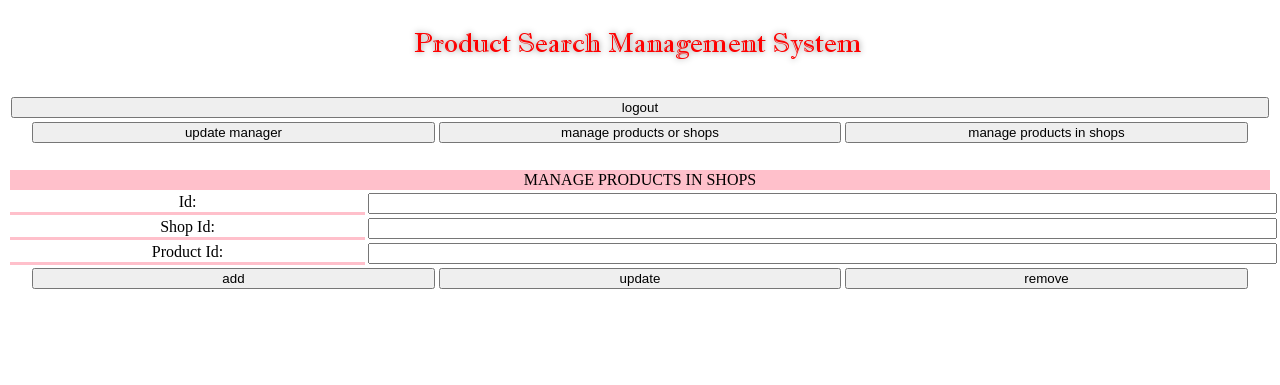
Repository: DishantVaghela/ProductSearchManagementSystem
Page: http://localhost/ProductSearchManagementSystem/manageProductsInShops.jsp
The author's editor kept a copy of each file at every save. The page is drawn from the files as they stood at one save, then again after the next save.
The browser window is 1280 px wide. The pictures show the whole page.
The page is served by Tomcat 9. Queries for data that is not in the repository find no rows.

Above is the page before, as saved 2017-04-29 00:21:15.

After the next save:
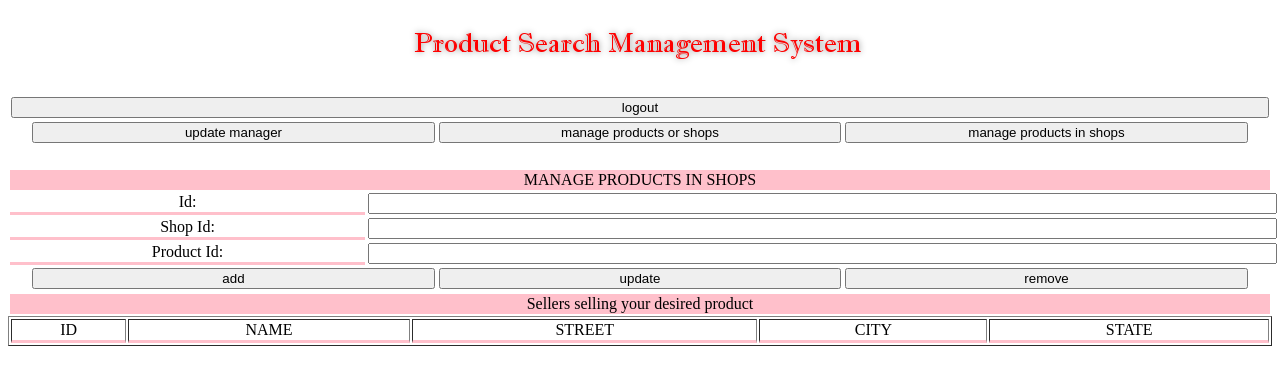
Saved 5 min 13 s later.
--- a/ProductSearchManagementSystem/WebContent/manageProductsInShops.jsp
+++ b/ProductSearchManagementSystem/WebContent/manageProductsInShops.jsp
@@ -1,5 +1,11 @@
 <%@ page language="java" contentType="text/html; charset=ISO-8859-1"
     pageEncoding="ISO-8859-1"%>
+<%@page import="java.sql.*" %>
+<%
+	try{
+		Class.forName("oracle.jdbc.driver.OracleDriver");
+		Connection con=DriverManager.getConnection("jdbc:oracle:thin:@localhost:1521:xe","system","system");
+%>
 <!DOCTYPE html PUBLIC "-//W3C//DTD HTML 4.01 Transitional//EN" "http://www.w3.org/TR/html4/loose.dtd">
 <html>
 <head>
@@ -35,5 +41,30 @@
 			</tr>
 		</table>
 	</form>
+	<%
+		PreparedStatement ps = con.prepareStatement("select * from psms_products_in_shops");
+
+
+		ResultSet rs = ps.executeQuery();
+
+	    out.print("<table >");
+	    out.print("<tr>");
+	    out.print("<td  bgcolor=pink>Sellers selling your desired product</td></tr>");
+	    out.println("</table>");
+	    out.print("<table border=1>");
+	    out.print("<tr><td class=\"title\" >ID</td><td class=\"title\" >NAME</td><td class=\"title\" >STREET</td><td class=\"title\" >CITY</td><td class=\"title\" 	>STATE</td></tr>");
+	   	while (rs.next()) {
+	   		out.print("<tr><td>" + rs.getString(1) + "</td>");
+		    out.print("<td>" + rs.getString(2) + "</td>");
+		    out.print("<td>" + rs.getString(3) + "</td>");
+		    out.print("<td>" + rs.getString(4) + "</td>");
+		    out.print("<td>" + rs.getString(5) + "</td></tr>");
+	    }
+	    out.println("</table>");
+	}
+	catch (Exception e) {
+        System.out.println(e);
+    }
+%>
 </body>
 </html>
